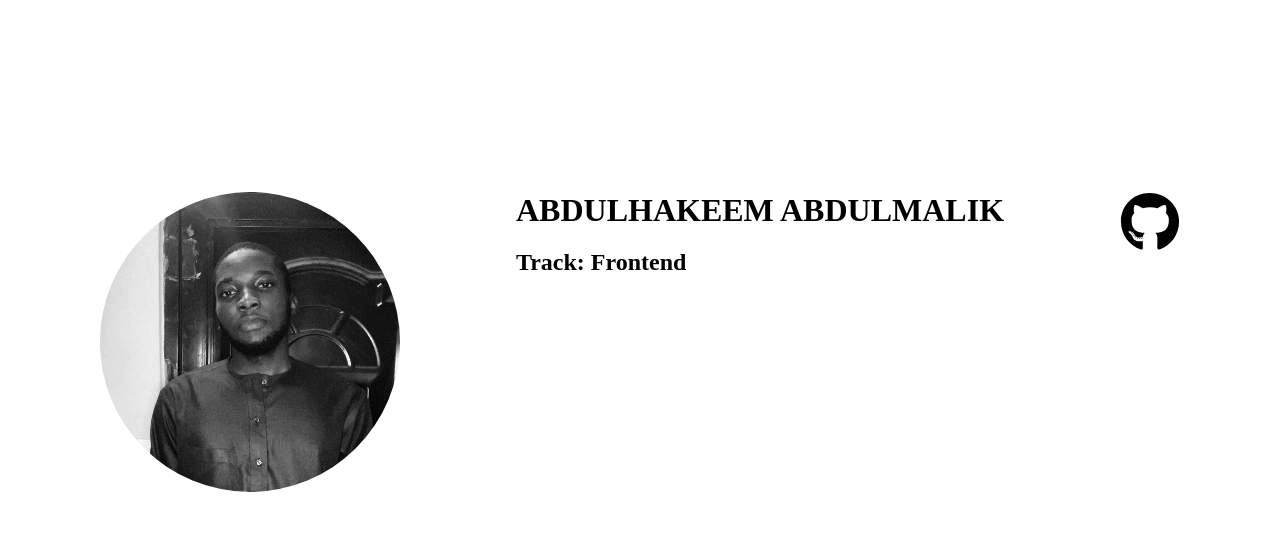
Repository: malikhakeem/HNG-TASK
Page: HNG-TASK1.html
The author's editor kept a copy of each file at every save. The page is drawn from the files as they stood at one save, then again after the next save.
The browser window is 1280 px wide. The pictures show the whole page.

Above is the page before, as saved 2023-09-08 21:52:24.

### HNG-TASK1.html
<!DOCTYPE html>
<html lang="en">

<head>
    <meta charset="UTF-8">
    <meta name="viewport" content="width=device-width, initial-scale=1.0">

    <link rel="stylesheet" href="./HNG-TASK!.css">
    <title>HNG</title>
</head>

<body>
    <div class="body">
        <div class="nav">
            <div class="nav-left"><img data-testId="slackDisplayImage" class="profile-pic" src="./pic/kim.jpg"alt="Malik" /></div>
            <div class="nav-mid">
                <div class="slack-name">
                    <h1>ABDULHAKEEM ABDULMALIK</h1>
                </div>
                <div data-testId="myTrack"class="track">
                    <h2>Track: Frontend</h2>
                </div>
            </div>
            <div data-testId="slackUserName" class="nav-right">
                <a href="link address"><img src="./pic//github.svg" width="60" height="60"></a>
            </div>

        </div>
    </div>

</body>

</html>

### HNG-TASK!.css
*{
    padding:0px;
    margin:0px;

}

.profile-pic{
    width:300px;
    height:300px;
    border-radius: 50%;
}
.nav{
    display:flex;

    justify-content: space-between;
    padding: 15% 100px 0px 100px;
}

.track{
    padding-top: 20px;
}

After the next save:
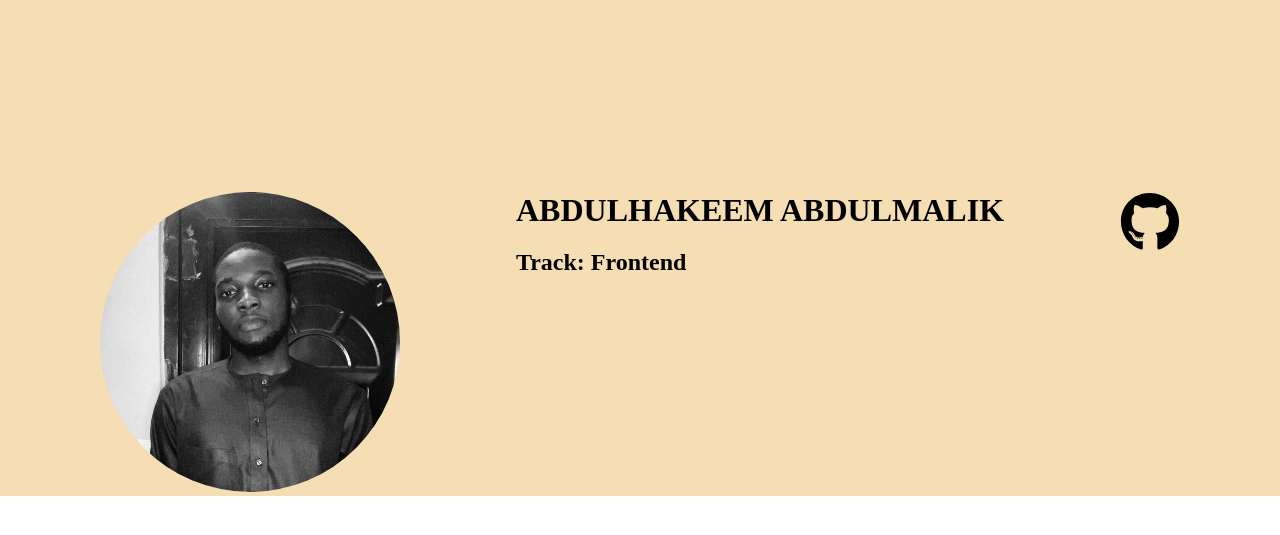
Saved 30 s later.
--- a/HNG-TASK!.css
+++ b/HNG-TASK!.css
@@ -19,3 +19,7 @@
 .track{
     padding-top: 20px;
 }
+
+.body{
+    background:wheat;
+}
